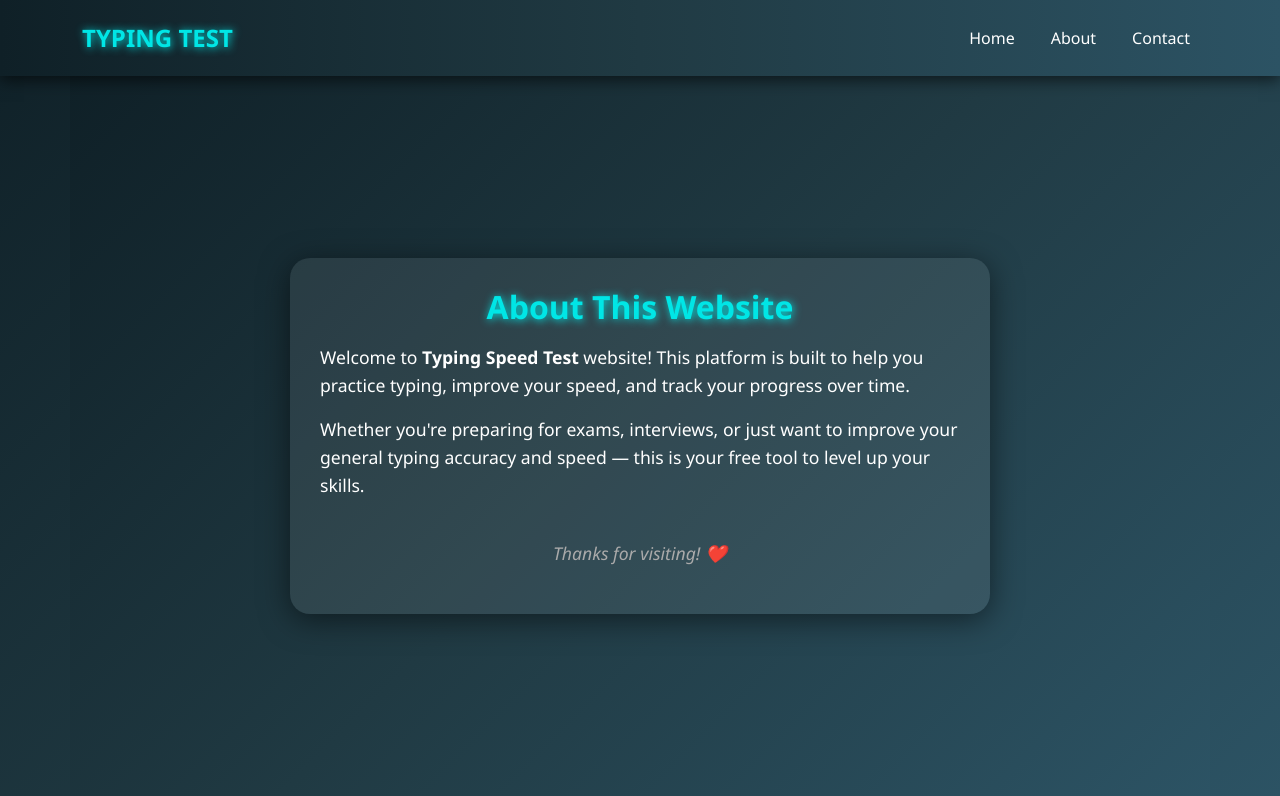
Repository: SHAHZADcodr/typing-test-react
Page: /about
These files come from the project's save history. The page is drawn as it stood at one moment and after the next save; the edit follows.
The browser window is 1280 px wide. The pictures show the whole page.
The project was rebuilt for these pictures with package versions that can differ from the ones it lists, and the page was loaded fresh each time. Also part of the build but not shown: src/customCss/Home.css, src/pages/Home.jsx, src/customCss/Contact.css, src/pages/Contact.jsx, src/customCss/Game.css, src/pages/Game.jsx, src/customCss/GameOver.css, src/pages/GameOver.jsx. Imported but missing from the stored project, and not drawn on this page: src/assets/background.mp3, src/assets/pop.mp3.

Above is the page before, as saved 2025-04-09 15:34:46.

### src/index.js
import React from 'react';
import "bootstrap/dist/css/bootstrap.min.css";
import ReactDOM from 'react-dom/client';
import './index.css';
import App from './App';
import { BrowserRouter } from 'react-router-dom';
import reportWebVitals from './reportWebVitals';

const root = ReactDOM.createRoot(document.getElementById('root'));
root.render(
  <React.StrictMode>
    <BrowserRouter>
      <App />
    </BrowserRouter>
  </React.StrictMode>
);

// If you want to start measuring performance in your app, pass a function
// to log results (for example: reportWebVitals(console.log))
// or send to an analytics endpoint. Learn more: https://bit.ly/CRA-vitals
reportWebVitals();

### src/index.css
body {
  margin: 0;
  background: linear-gradient(135deg, #0f2027,
  #203a43, #2c5364);
}

### src/App.js
import {Routes,Route} from "react-router-dom";
import './App.css';
//pages
import Home  from "./pages/Home";
import About from "./pages/About";
import Contact from "./pages/Contact";
import Game from "./pages/Game";
import GameOver from "./pages/GameOver";

//components
import Navigation from "./components/Navbar";

function App() {
  return (
    <>
    <Navigation/>
    <Routes>
      <Route path="/" element={<Home/>}/>
      <Route path="*" element={<Home/>}/>
      <Route path="/about" element={<About/>}/>
      <Route path="/contact" element={<Contact/>}/>
      <Route path="/game" element={<Game/>}/>
      <Route path="/gameOver" element={<GameOver/>}/>

    </Routes>
    </>

  );
}

export default App;

### src/App.css
.custom-navbar {
  background: linear-gradient(to right, #0f2027, #203a43, #2c5364) !important;
  padding: 15px 20px;
  box-shadow: 0 4px 15px rgba(0, 0, 0, 0.6);
  font-family: 'Segoe UI', Tahoma, Geneva, Verdana, sans-serif;
}

.custom-navbar .navbar-brand {
  color: #00e6e6 !important;
  font-weight: bold;
  font-size: 1.5rem;
  text-shadow: 1px 1px 8px #00e6e6;
}

.custom-navbar .nav-link {
  color: #ffffff !important;
  margin-left: 20px;
  transition: color 0.3s ease, transform 0.2s ease;
  font-weight: 500;
}

.custom-navbar .nav-link:hover {
  color: #00e6e6 !important;
  transform: scale(1.05);
  text-shadow: 0 0 5px #00e6e6;
}

.custom-navbar .navbar-toggler {
  background-color: #00e6e6;
}

### src/pages/About.jsx
import React from 'react';
import { Container, Card } from 'react-bootstrap';
import '../customCss/About.css'; // Make sure the path is correct

const About = () => {
  return (
    <Container className="about-container">
      <Card className="about-card">
        <h2 className="mb-3 text-center">About This Website </h2>
        <p>
          Welcome to  <strong>Typing Speed Test</strong> website! This platform is built to help you practice typing, improve your speed, and track your progress over time.
        </p>
        <p>
          Whether you're preparing for exams, interviews, or just want to improve your general typing accuracy and speed — this is your free tool to level up your skills.
        </p>
        <p className="text-muted text-center mt-4">Thanks for visiting! ❤️</p>
      </Card>
    </Container>
  );
};

export default About;

### src/components/Navbar.jsx
import React from 'react';
import { Navbar, Nav, Container } from 'react-bootstrap';
import { Link } from 'react-router-dom';
import '../App.css'; // Make sure this path is correct

const Navigation = () => {
  return (
    <Navbar expand="lg" className="custom-navbar" variant="dark">
      <Container>
        <Navbar.Brand as={Link} to="/">TYPING TEST</Navbar.Brand>
        <Navbar.Toggle aria-controls="basic-navbar-nav" />
        <Navbar.Collapse id="basic-navbar-nav">
          <Nav className="ms-auto">
            <Nav.Link as={Link} to="/">Home</Nav.Link>
            <Nav.Link as={Link} to="/about">About</Nav.Link>
            <Nav.Link as={Link} to="/contact">Contact</Nav.Link>
          </Nav>
        </Navbar.Collapse>
      </Container>
    </Navbar>
  );
};

export default Navigation;

### src/customCss/About.css
.about-container {
    min-height: 100vh;
    background: linear-gradient(135deg, #0f2027, #203a43, #2c5364);
    display: flex;
    align-items: center;
    justify-content: center;
    padding: 40px 20px;
    font-family: 'Segoe UI', Tahoma, Geneva, Verdana, sans-serif;
    color: #ffffff;
  }

  .about-card {
    background-color: rgba(255, 255, 255, 0.08);
    border: none;
    border-radius: 20px;
    padding: 30px;
    box-shadow: 0 6px 30px rgba(0, 0, 0, 0.5);
    max-width: 700px;
    width: 100%;
    color: #ffffff;
  }

  .about-card h2 {
    color: #00e6e6;
    text-shadow: 1px 1px 8px #00e6e6;
    font-weight: bold;
  }

  .about-card p {
    font-size: 1.1rem;
    line-height: 1.6;
  }

  .about-card .text-muted {
    color: #aaa !important;
    font-style: italic;
  }

Loaded but not shown: public/index.html (common file); src/reportWebVitals.js (common file)

After the next save:
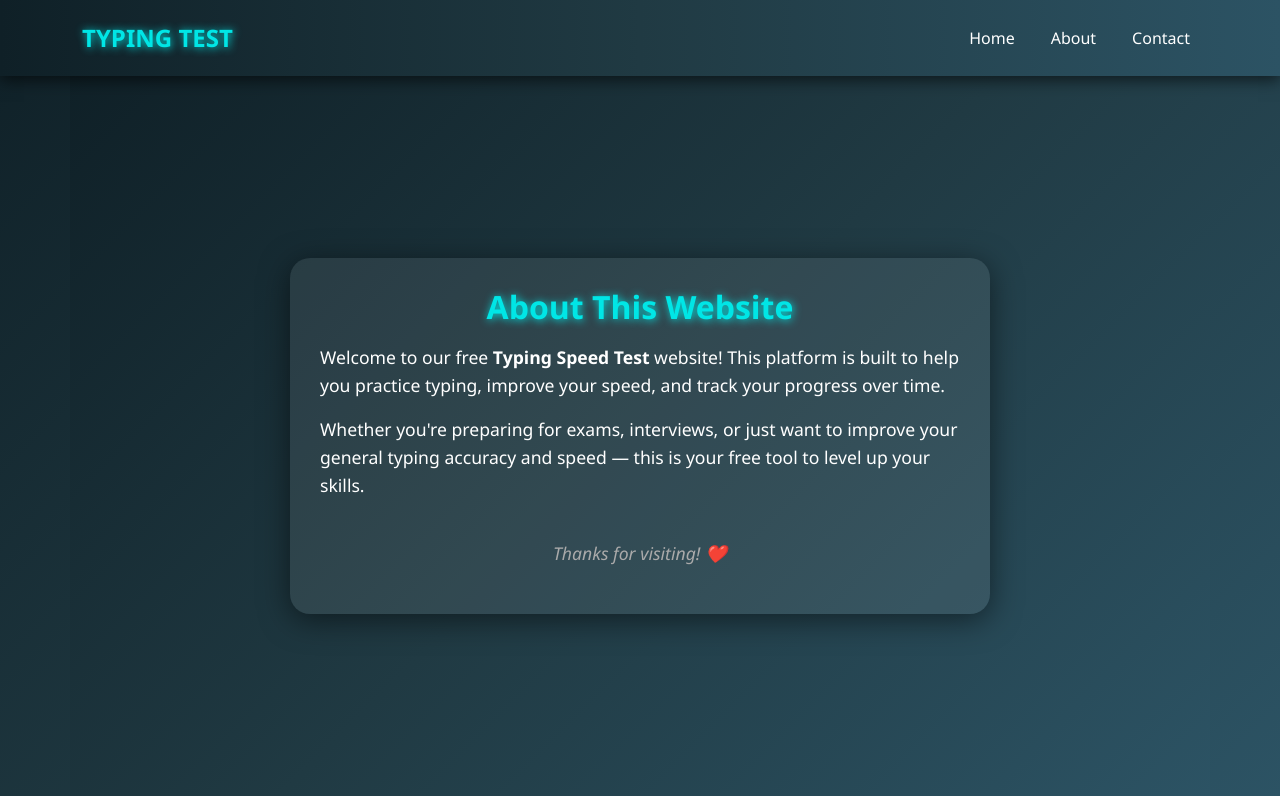
Saved 4 s later.
--- a/src/pages/About.jsx
+++ b/src/pages/About.jsx
@@ -8,7 +8,7 @@ const About = () => {
       <Card className="about-card">
         <h2 className="mb-3 text-center">About This Website </h2>
         <p>
-          Welcome to  <strong>Typing Speed Test</strong> website! This platform is built to help you practice typing, improve your speed, and track your progress over time.
+          Welcome to our free <strong>Typing Speed Test</strong> website! This platform is built to help you practice typing, improve your speed, and track your progress over time.
         </p>
         <p>
           Whether you're preparing for exams, interviews, or just want to improve your general typing accuracy and speed — this is your free tool to level up your skills.
